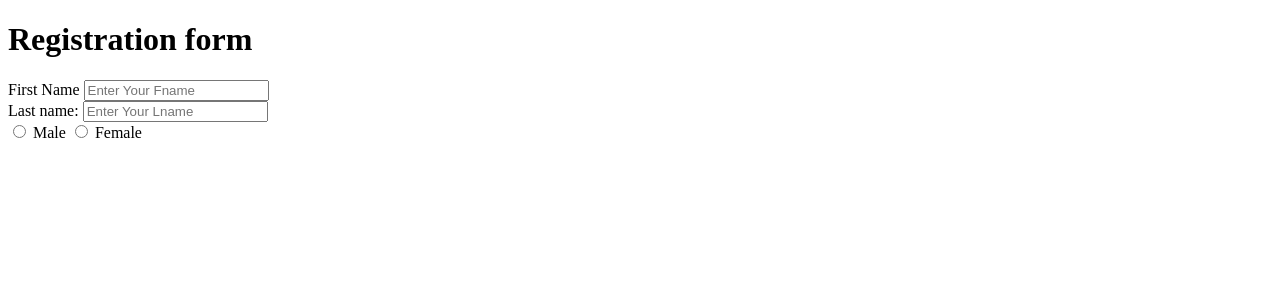
Repository: yuktavyas14/vscode
Page: index.html
The author's editor kept a copy of each file at every save. The page is drawn from the files as they stood at one save, then again after the next save.
The browser window is 1280 px wide. The pictures show the whole page.

Above is the page before, as saved 2021-06-08 15:43:26.

### index.html
<!DOCTYPE html>
<html lang="en">
<head>
    <meta charset="UTF-8">
    <meta http-equiv="X-UA-Compatible" content="IE=edge">
    <meta name="viewport" content="width=device-width, initial-scale=1.0">
    <title>Form</title>
    <link rel="stylesheet" href="style.css">
</head>
<body>
    <h1>Registration form</h1>
    <form action="send.php">
        <label for="fname">First Name</label>
        <input type="text" placeholder="Enter Your Fname" required ><br>
        <label for="lname">Last name:</label>
        <input type="text" placeholder="Enter Your Lname" required ><br>
        <input type="radio" name="gender" required > Male
        <input type="radio" name="gender" required > Female
    </form>
</body>
</html>

Loaded but not shown: style.css (no stored copy; drawn as an empty file)

After the next save:
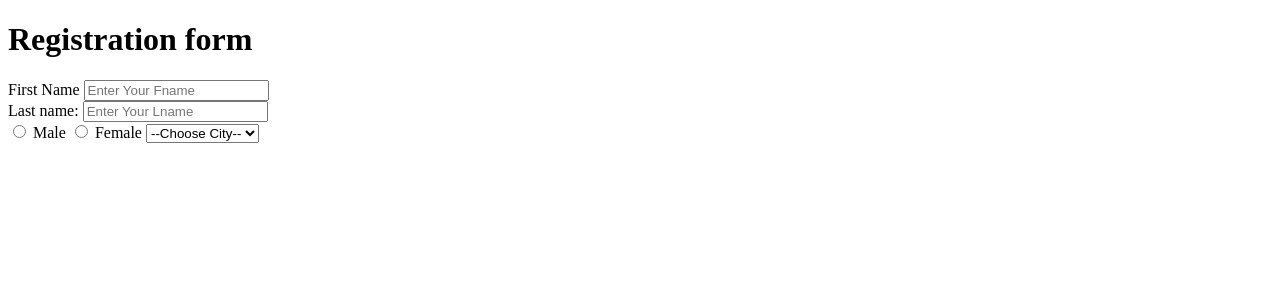
Saved 75 s later.
--- a/index.html
+++ b/index.html
@@ -16,6 +16,13 @@
         <input type="text" placeholder="Enter Your Lname" required ><br>
         <input type="radio" name="gender" required > Male
         <input type="radio" name="gender" required > Female
+        <select required>
+            <option value="">--Choose City--</option>
+            <option>New Delhi</option>
+            <option>Chennai</option>
+            <option>Mumbai</option>
+            <option>Kolkata</option>
+        </select>
     </form>
 </body>
 </html>
